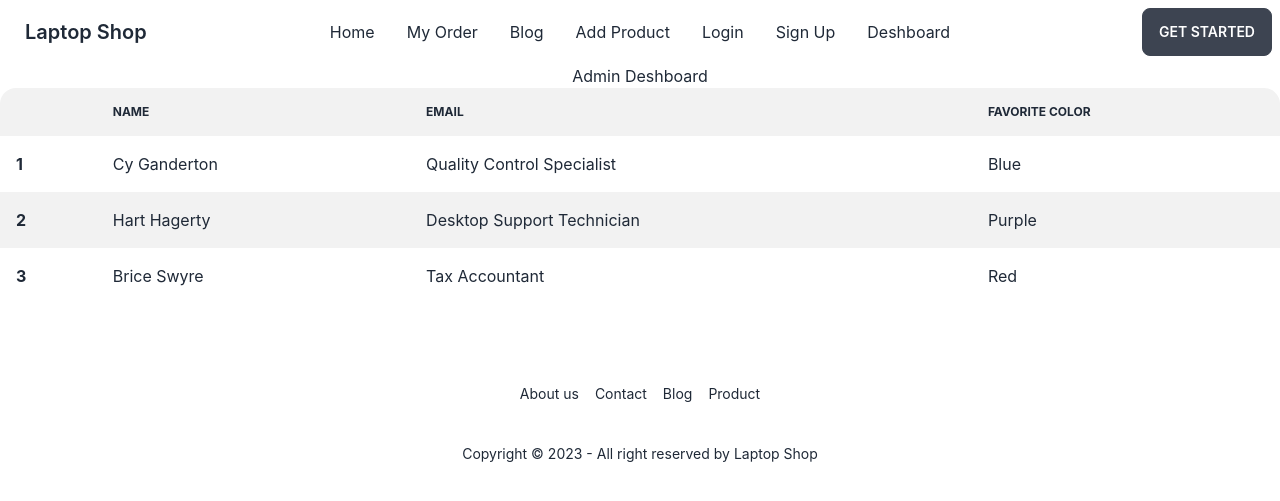
Repository: mdsajib50/E-commerce
Page: /deshboard
An editor plug-in stored every save of this project. The page is shown before and after the next save, followed by the edit.
The browser window is 1280 px wide. The pictures show the whole page.
The project was rebuilt for these pictures with package versions that can differ from the ones it lists, and the page was loaded fresh each time. Also part of the build but not shown: src/Pages/AddProduct/AddProduct.js, src/Pages/Error/Error.js, src/Pages/Home/Banner/Banner.js, src/Pages/Home/Product/ProductCard.js, src/Pages/Home/Product/Product.js, src/Pages/Home/Home/Home.js, src/Pages/Home/Product/ProductCategory.js, src/Pages/Login/Login.js and 1 more.

Above is the page before, as saved 2023-01-12 20:25:37.

After the next save:
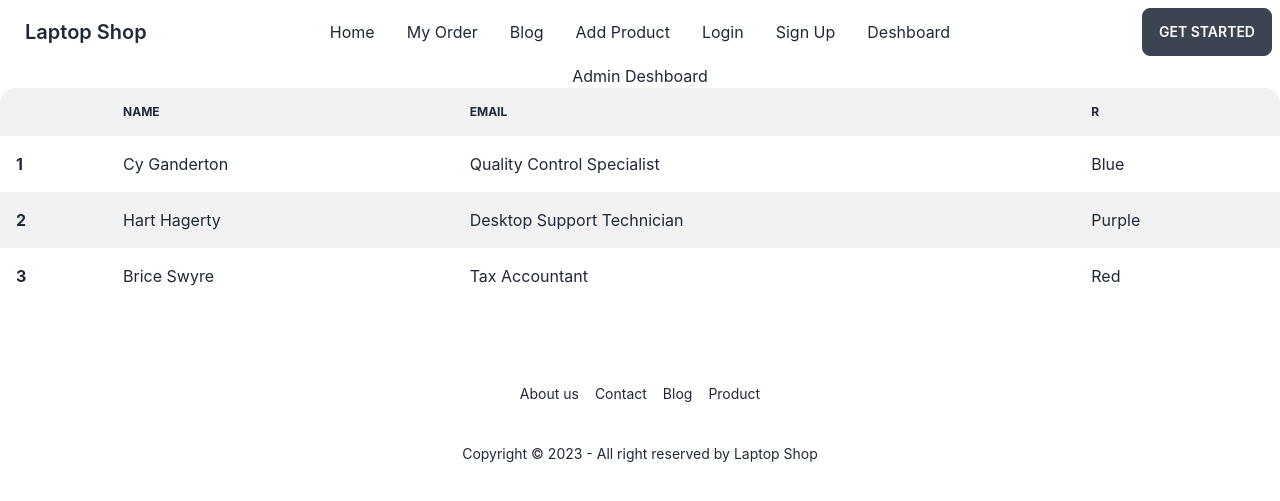
Saved 50 s later.
--- a/src/Pages/Deshboard/AllUser/AllUser.js
+++ b/src/Pages/Deshboard/AllUser/AllUser.js
@@ -10,7 +10,7 @@ const AllUser = () => {
         <th></th>
         <th>Name</th>
         <th>Email</th>
-        <th>Favorite Color</th>
+        <th>r</th>
       </tr>
     </thead>
     <tbody>
